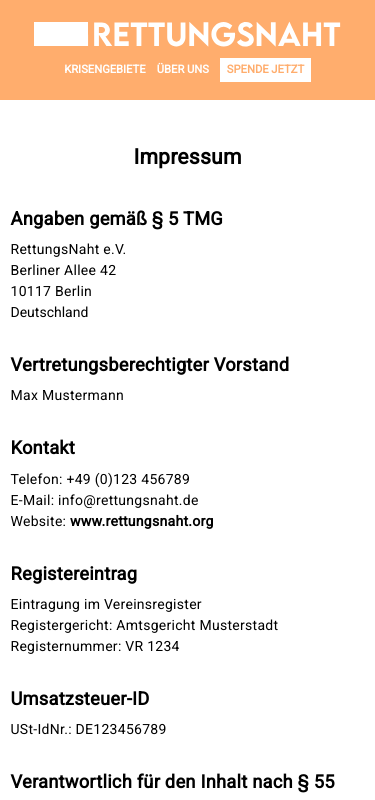
Repository: chriZVee/rettungsnaht
Page: /imprint
An editor plug-in stored every save of this project. The page is shown before and after the next save, followed by the edit.
The browser window is 375 px wide. The pictures show the whole page.
An inner scrolling area shows only its first screen. The project was rebuilt for these pictures with package versions that can differ from the ones it lists, and the page was loaded fresh each time. Also part of the build but not shown: vite.config.js, src/index.css, src/styles/hero.css, src/components/Hero.jsx, src/styles/form.css, src/components/form/AreaSelection.jsx, src/components/form/ContactData.jsx, src/components/form/DonationMethod.jsx and 17 more.

Above is the page before, as saved 2025-04-17 14:49:17.

### index.html
<!doctype html>
<html lang="en">

<head>
  <meta charset="UTF-8" />
  <link rel="icon" type="image/svg+xml" href="/vite.svg" />
  <meta name="viewport" content="width=device-width, initial-scale=1.0" />
  <link href="https://fonts.googleapis.com/css2?family=Roboto&display=swap" rel="stylesheet">
  <title>RETTUNGSNAHT e.V.</title>
</head>

<body>
  <div id="root"></div>
  <script type="module" src="/src/main.jsx"></script>
</body>

</html>

### src/App.jsx
import { BrowserRouter as Router, Routes, Route } from "react-router-dom";
import "./App.css";
import "./styles/global.css";
import Home from "./pages/Home";
import Confirmation from "./pages/Confirmation";
import Imprint from "./pages/Imprint";
import PrivacyPolicy from "./pages/PrivacyPolicy";

export default function App() {
  return (
    <Router>
      <Routes>
        <Route path="/" element={<Home />} />
        <Route path="/confirmation" element={<Confirmation />} />
        <Route path="/imprint" element={<Imprint />} />
        <Route path="/privacy-policy" element={<PrivacyPolicy />} />
      </Routes>
    </Router>
  );
}

### src/App.css
/* APP */
#root {
  margin: 0 auto;
}

img.seam-form {
  position: absolute;
  bottom: -4em;
  left: 0em;
  width: 120%;
  z-index: 2;
}

### src/styles/global.css
/* GLOBAL */

:root {
  /* Colors */
  --highlight: #ffad6d;
  --link-hover: #ffad6d;
  --text: #000;
  --button-unchecked: #f2f2f2;
  --button-checked: #ffad6d;
  --button-text: #fff;
  --h2: #000;
  --lightGrey: #f2f2f2;
  --warning: #ff4000;

  /* Font - not in use yet */
  --font-small: 0.8rem;
  --font-base: 1rem;
  --font-medium: 1.3rem;
  --font-ml: 1.5rem;
  --font-large: 1.8rem;
  --font-xl: 2.4rem;
  --font-xxl: 4.8rem;
  --font-h2: 2.1rem;
  --font-h1: 2.6rem;
  --font-button: 1rem;

  line-height: 1.5;
  width: auto;
}

* {
  box-sizing: border-box;
}

body,
html {
  font-size: 14px;
  font-family: "Roboto", "Segoe UI", "Helvetica Neue", sans-serif;
  background-color: white;
  /* margin reset */
  margin: 0;
  max-width: 100%;
  width: 100%;
  overflow-x: hidden;
  height: 100%;
}

@media (max-width: 480px) {
  html {
    width: fit-content;
  }
}

.header,
.footer,
.content {
  width: 100%;
}

h1,
.page-title {
  font-size: var(--font-h1);
  text-align: center;
  padding: 1.5em 0;
  font-weight: bold;
}

@media (max-width: 1440px) {
  h1,
  .page-title {
    padding: 2em 0.5em;
    font-size: var(--font-large);
  }
}

@media (max-width: 768px) {
  h1,
  .page-title {
    padding: 2em 0.5em 1.5em;
    font-size: var(--font-ml);
  }
}

h2 {
  font-size: var(--font-h2);
  font-weight: bold;
}

@media (max-width: 480px) {
  h2 {
    font-size: var(--font-ml);
  }
}

/* Margin Reset */
p,
h1,
h2 {
  margin: 0;
  letter-spacing: 0.02rem;
}
ul {
  padding: 0px;
}

img {
  max-width: 100%;
  height: auto;
  display: block;
}

a {
  color: white;
  text-decoration: none;
  font-weight: bold;
}

/* Centered Containers */
/* Large Desktops */
.container {
  max-width: 1440px;
  display: flex;
  flex-direction: column;
  margin: 0 auto;
}

@media (max-width: 1440px) {
  .container {
    width: 100%;
    max-width: 1200px;
  }
}

@media (max-width: 1280px) {
  .container {
    width: 100%;
    max-width: 1024px;
    padding: 0 3rem;
  }
}

/* Laptop/Tablet */
@media (max-width: 1024px) {
  .container {
    max-width: 960px;
    padding: 0 2rem;
  }
}

/* Tablet */
@media (max-width: 768px) {
  .container {
    max-width: 720px;
    padding: 0 1rem;
  }
}

/* Smartphone */
@media (max-width: 480px) {
  .container {
    max-width: 100%;
    padding: 0 0.75rem;
  }
}

/* Fieldset reset */
fieldset {
  border: none;
  padding: 0;
  margin: 0;
  min-inline-size: unset;
}

/* Hide elements */
.hidden {
  display: none !important;
}

@media (max-width: 768px) {
  .hide-on-mobile {
    display: none;
  }
}

.button {
  display: flex;
  padding: 0.5em 0.8em;
  background-color: var(--button-checked);
  cursor: pointer;
  font-weight: normal;
  transition: all 0.2s ease;
  font-size: var(--font-button);
  text-align: center;
  border: none;
  color: white;
}

.buttonized .deco {
  cursor: default;
}

.capitalize {
  text-transform: capitalize;
}

### src/pages/Imprint.jsx
import Page from "../components/Page";
import org from "../data/org";
import "../styles/imprint.css";

export default function Imprint() {
  return (
    <>
      <Page>
        <section className="imprint container">
          <h1>Impressum</h1>
          <div className="imprint-block">
            <h2>Angaben gemäß § 5 TMG</h2>
            <p>{org.officialName}</p> <p>{org.address}</p>
            <p>
              {org.zip} {org.city}
            </p>
            Deutschland
          </div>

          <div className="imprint-block">
            <h2>Vertretungsberechtigter Vorstand</h2>
            <p>{org.chairman}</p>
          </div>

          <div className="imprint-block">
            <h2>Kontakt</h2>
            <p>Telefon: {org.tel}</p>
            <p>
              E-Mail: {org.email}
              <a href={`mailto: ${org.email}`}></a>
            </p>
            <p>
              <span>Website: </span>
              <a href={org.url} target="_blank" rel="noopener noreferrer">
                {org.url}
              </a>
            </p>
          </div>

          <div className="imprint-block">
            <h2>Registereintrag</h2>
            <p>Eintragung im Vereinsregister</p>
            <p>Registergericht: Amtsgericht Musterstadt</p>
            <p>Registernummer: VR 1234</p>
          </div>

          <div className="imprint-block">
            <h2>Umsatzsteuer-ID</h2>
            <p>USt-IdNr.: {org.ustId}</p>
          </div>

          <div className="imprint-block">
            <h2>Verantwortlich für den Inhalt nach § 55 Abs. 2 RStV</h2>
            <p>{org.chairman}</p>
            <p>{org.address}</p>
            <p>
              {org.zip} {org.city}
            </p>
          </div>

          <div className="imprint-block">
            <h2>Haftung für Inhalte und Links</h2>
            <p>
              Trotz sorgfältiger inhaltlicher Kontrolle übernehmen wir keine
              Haftung für die Inhalte externer Links. Für den Inhalt der
              verlinkten Seiten sind ausschließlich deren Betreiber
              verantwortlich.
            </p>
          </div>

          <div className="imprint-block">
            <h2>Online-Streitbeilegung</h2>
            <p>
              Die Europäische Kommission stellt eine Plattform zur
              Online-Streitbeilegung (OS) bereit:{" "}
              <a
                href="https://ec.europa.eu/consumers/odr"
                target="_blank"
                rel="noopener noreferrer"
              >
                https://ec.europa.eu/consumers/odr
              </a>
            </p>
          </div>
        </section>
      </Page>
    </>
  );
}

### src/components/Page.jsx
import Header from "./Header";
import Footer from "./Footer";
import "../styles/page.css";

export default function Page({ children }) {
  return (
    <div className="page">
      <Header />
      <div className="content wrapper">
        <div className="page-content">{children}</div>
      </div>
      <Footer />
    </div>
  );
}

### src/data/org.js
/* Company Information */
const org = {
  officialName: "RettungsNaht e.V.",
  name: "RettungsNaht",
  address: "Berliner Allee 42",
  zip: "10117",
  city: "Berlin",
  email: "info@rettungsnaht.de",
  url: "www.rettungsnaht.org",
  tel: "+49 (0)123 456789",
  ustId: "DE123456789",
  chairman: "Max Mustermann",
};

export default org;

### src/styles/imprint.css
/* Imprint */

.imprint-block h2 {
  font-size: var(--font-medium);
  padding: 2rem 0 0.5rem 0;
}

.imprint-block:first-of-type h2 {
  padding-top: 0rem;
}

.imprint-block a {
  color: black;
}

### src/components/Header.jsx
import { Link } from "react-router-dom";
import "../styles/header.css";
import rnLogo from "../assets/rn-logo-white.svg";

function Header() {
  return (
    <header className="header container">
      <Link to="/">
        <img
          src={rnLogo}
          className="header-image"
          alt="RettungsNaht Logo"
        ></img>
      </Link>
      <nav className="nav">
        <ul className="nav-bar">
          <li>
            <Link to="/#crisis-area-section">Krisengebiete</Link>
          </li>
          <li>
            <Link to="/#about-section">Über uns</Link>
          </li>
          <li className="buttonized">
            <Link to="/#donation-form">Spende jetzt</Link>
          </li>
          <li className="buttonized deco">&nbsp;</li>
        </ul>
      </nav>
    </header>
  );
}

export default Header;

### src/components/Footer.jsx
import org from "../data/org";
import "../styles/footer.css";
import { Link } from "react-router-dom";

export default function Footer() {
  return (
    <section className="footer container">
      <div className="footer-link-container">
        <ul className="small-gap">
          <li className="buttonized deco">&nbsp;</li>
          <li className="buttonized">
            <Link to="/#donation-form">Spende jetzt</Link>
          </li>
        </ul>
      </div>
      <div className="footer-link-container lh-small">
        <ul>
          <li>
            <Link to="/imprint">Impressum</Link>
          </li>
          <li>
            <Link to="/privacy-policy">Datenschuterklärung</Link>
          </li>
        </ul>
      </div>
      <div className="copyright-container">
        <p className="copyright-note">© 2025 {org.officialName}</p>
      </div>
    </section>
  );
}

### src/styles/page.css
/* Page */

.page .page-content {
  display: flex;
  flex-direction: column;
  min-height: 100vh;
}

.page .content {
  flex: 1;
}

### src/styles/header.css
/* Header */

.header {
  background-color: var(--highlight);
  display: flex;
  flex-direction: row;
  align-items: center;
  justify-content: space-between;
  padding: 1em 0 1em 25px;
  max-width: none;
  max-height: 84px;
}

@media (max-width: 1024px) {
  .header {
    flex-direction: column;
    max-height: none;
    padding: 1.5em 1em 0.5em 1em;
  }
}

.nav-bar {
  display: flex;
  justify-content: space-between;
  align-items: center;
  gap: 1em;
  list-style: none;
  text-transform: uppercase;
  font-size: var(--font-medium);
  text-align: center;
}
@media (max-width: 1024px) {
  .nav-bar {
    font-size: var(--font-small);
  }
}
@media (max-width: 768px) {
  .nav-bar {
    font-size: var(--font-small);
  }
}
@media (max-width: 480px) {
  .nav-bar {
    justify-content: space-evenly;
    gap: 1em;
    font-size: var(--font-small);
    flex-wrap: wrap;
  }
}

.nav-bar li.buttonized {
  background-color: white;
  color: var(--highlight);
  padding: 0.3em 0.6em;
}

.nav-bar li.buttonized a {
  color: var(--highlight);
}

@media (max-width: 480px) {
  .header li.deco {
    display: none;
  }
}

### src/styles/footer.css
/* FOOTER */

section.footer {
  display: flex;
  flex-direction: row;
  align-content: center;
  justify-content: center;
  padding: 2em 0 2.5em 0;
  max-width: none;
  max-height: 136px;
  background-color: var(--highlight);
  column-gap: 4.5em;
  row-gap: 1em;
  flex-wrap: wrap;
  font-size: var(--font-base);
}

section.footer .copyright-container {
  flex-basis: 100%;
  display: flex;
  align-content: center;
  justify-content: center;
}

.footer .copyright-note {
  color: white;
  font-size: var(--font-base);
}

.footer-link-container {
  display: flex;
  align-content: center;
  justify-content: center;
  flex-wrap: wrap;
}

.footer-link-container ul {
  display: flex;
  flex-direction: row;
  align-content: center;
  justify-content: center;
  gap: 4em;
  flex-wrap: wrap;
}

.footer li {
  display: inline-block;
}

.footer-link-container li.buttonized {
  background-color: white;
  padding: 0.3em 0.6em;
}

.footer-link-container li.buttonized a {
  color: var(--highlight);
}

.footer .small-gap {
  display: flex;
  gap: 1em;
}

@media (max-width: 768px) {
  .footer-link-container ul {
    gap: 1em;
  }
  section.footer {
    justify-content: center;
    max-height: none;
    gap: 1em 1.5em;
  }
}

@media (max-width: 480px) {
  section.footer {
    justify-content: center;
    max-height: none;
    column-gap: 1em;
    row-gap: 0;
  }
}

Loaded but not shown: src/main.jsx (common file)

After the next save:
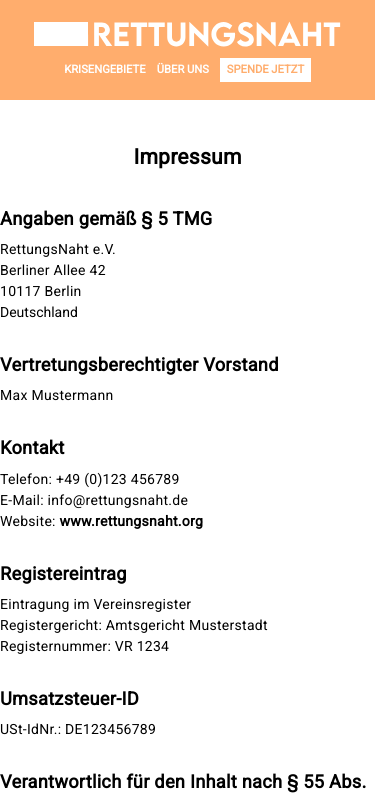
Saved 16 s later.
--- a/src/styles/global.css
+++ b/src/styles/global.css
@@ -124,45 +124,6 @@
   margin: 0 auto;
 }
 
-@media (max-width: 1440px) {
-  .container {
-    width: 100%;
-    max-width: 1200px;
-  }
-}
-
-@media (max-width: 1280px) {
-  .container {
-    width: 100%;
-    max-width: 1024px;
-    padding: 0 3rem;
-  }
-}
-
-/* Laptop/Tablet */
-@media (max-width: 1024px) {
-  .container {
-    max-width: 960px;
-    padding: 0 2rem;
-  }
-}
-
-/* Tablet */
-@media (max-width: 768px) {
-  .container {
-    max-width: 720px;
-    padding: 0 1rem;
-  }
-}
-
-/* Smartphone */
-@media (max-width: 480px) {
-  .container {
-    max-width: 100%;
-    padding: 0 0.75rem;
-  }
-}
-
 /* Fieldset reset */
 fieldset {
   border: none;

After the save that followed:
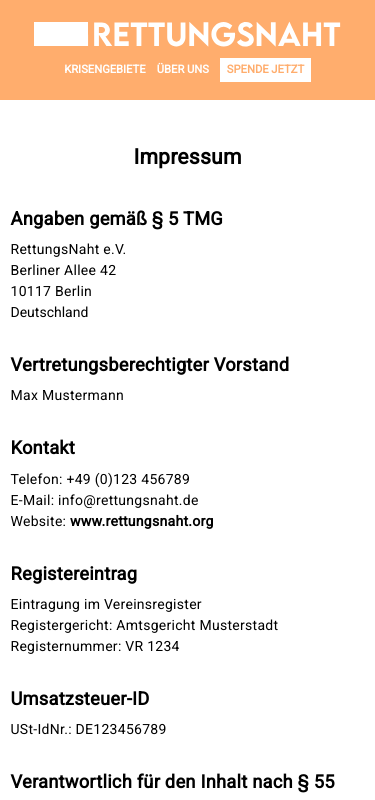
Saved 11 s later.
--- a/src/styles/global.css
+++ b/src/styles/global.css
@@ -124,6 +124,45 @@
   margin: 0 auto;
 }
 
+@media (max-width: 1440px) {
+  .container {
+    width: 100%;
+    max-width: 1200px;
+  }
+}
+
+@media (max-width: 1280px) {
+  .container {
+    width: 100%;
+    max-width: 1024px;
+    padding: 0 3rem;
+  }
+}
+
+/* Laptop/Tablet */
+@media (max-width: 1024px) {
+  .container {
+    max-width: 960px;
+    padding: 0 2rem;
+  }
+}
+
+/* Tablet */
+@media (max-width: 768px) {
+  .container {
+    max-width: 720px;
+    padding: 0 1rem;
+  }
+}
+
+/* Smartphone */
+@media (max-width: 480px) {
+  .container {
+    max-width: 100%;
+    padding: 0 0.75rem;
+  }
+}
+
 /* Fieldset reset */
 fieldset {
   border: none;
